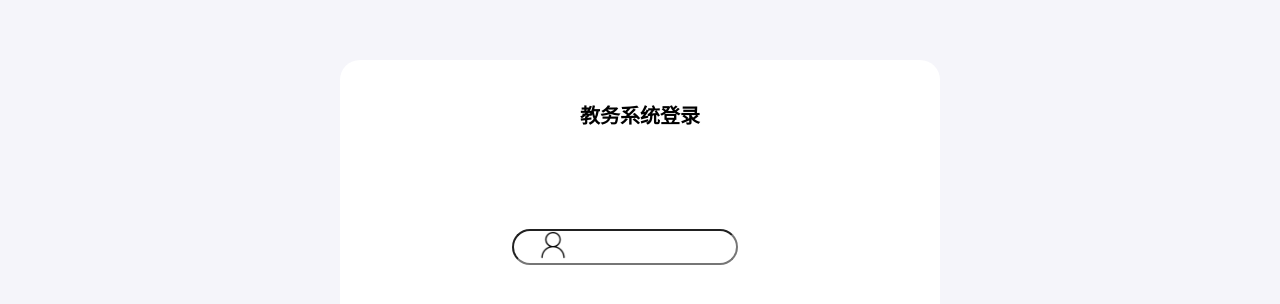
Repository: yangziteng/System
Page: / (app in myreact/)
The author's editor kept a copy of each file at every save. The page is drawn from the files as they stood at one save, then again after the next save.
The browser window is 1280 px wide. The pictures show the whole page.
The project was rebuilt for these pictures with package versions that can differ from the ones it lists, and the page was loaded fresh each time. Also part of the build but not shown: myreact/vite.config.js, myreact/src/App.css, myreact/src/App.jsx, myreact/src/log.jsx.

Above is the page before, as saved 2022-07-08 12:22:45.

After the next save:
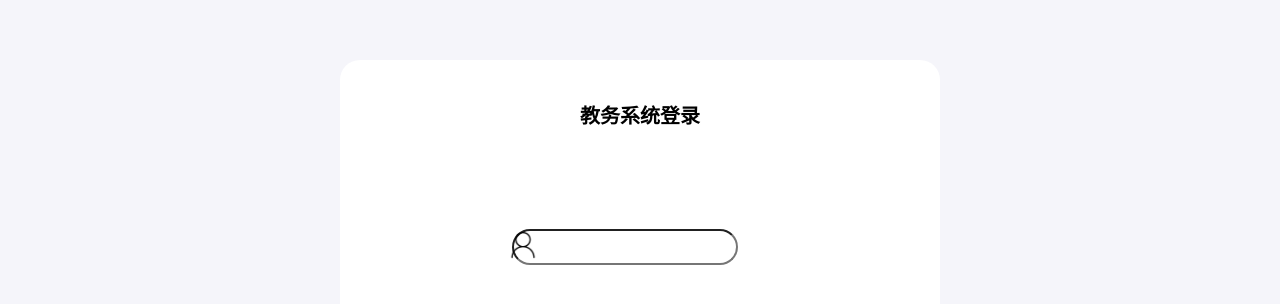
Saved 10 s later.
--- a/myreact/src/pages/Login/Login.css
+++ b/myreact/src/pages/Login/Login.css
@@ -37,5 +37,5 @@
     width: 30px;
     height: 30px;
     position: relative;
-    right:200px
+    right:230px
 }
